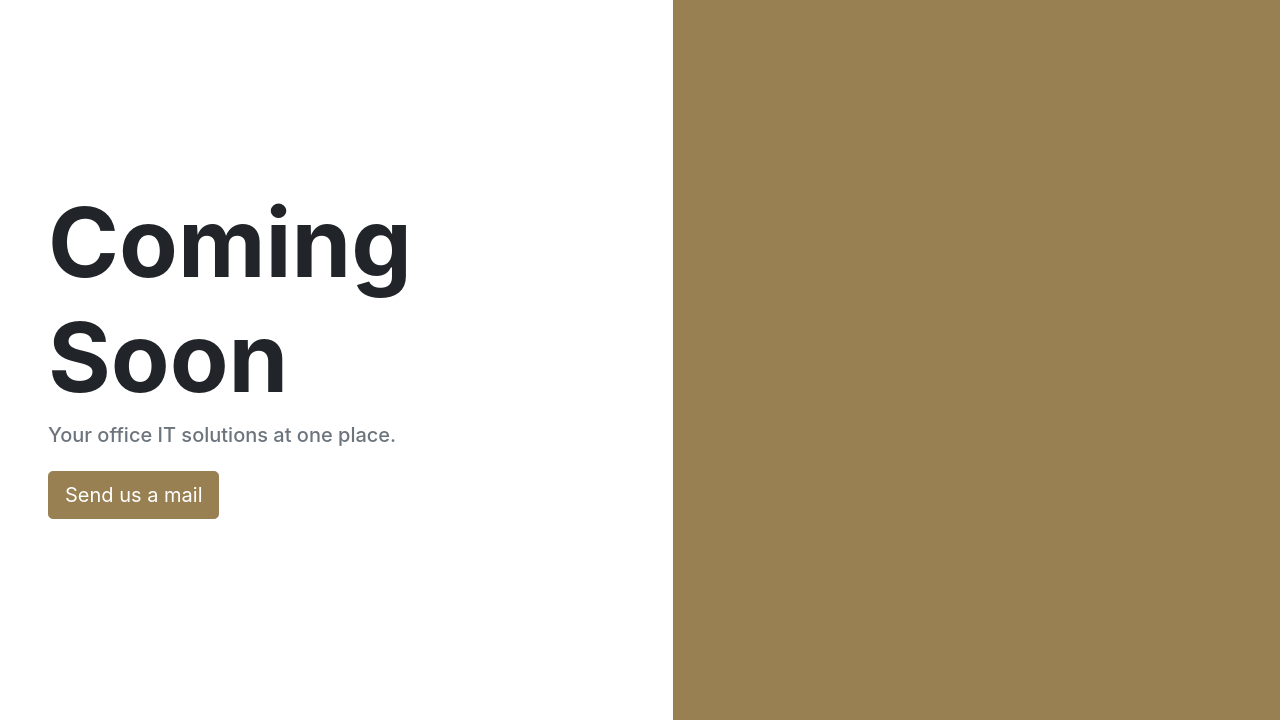
Repository: Thekxgh/website
Page: /
An editor plug-in stored every save of this project. The page is shown before and after the next save, followed by the edit.
The browser window is 1280 px wide. The pictures show the whole page.
The project was rebuilt for these pictures with package versions that can differ from the ones it lists, and the page was loaded fresh each time.

Above is the page before, as saved 2021-07-14 09:40:07.

### src/index.scss
$primary: #998053;
$dark: #050507;
$light-primary-bg: #DDDEE7;
$light-primary: #DDDEE7;
$theme-colors: (
    "primary": $primary,
    "info": $light-primary,
    "danger": teal,
    "dark": $dark
);

@import '~bootstrap/scss/bootstrap.scss';
body {
  margin: 0;
  font-family: -apple-system, BlinkMacSystemFont, 'Segoe UI', 'Roboto', 'Oxygen',
    'Ubuntu', 'Cantarell', 'Fira Sans', 'Droid Sans', 'Helvetica Neue',
    sans-serif;
  -webkit-font-smoothing: antialiased;
  -moz-osx-font-smoothing: grayscale;
}

code {
  font-family: source-code-pro, Menlo, Monaco, Consolas, 'Courier New',
    monospace;
}

### src/App.tsx
import React from 'react';
import { LandingPage } from './presentation/LandingPage';

function App() {
  return (
    <LandingPage />
  );
}

export default App;

### src/presentation/LandingPage.tsx
import { Col, Container, Row } from "react-bootstrap"

export const LandingPage = () => {
    return (
    <Container fluid>
        <Row className="min-vh-100 align-items-center">
            <Col className="p-5">
                <h1 className="display-1 font-weight-bold">Coming Soon</h1>
                <h5 className="text-muted">Your office IT solutions at one place.</h5>
                <a className="btn btn-primary btn-lg my-3" href="mailto:contact@thekxgh.com"> Send us a mail</a>
            </Col>
            <Col className="bg-primary min-vh-100">

            </Col>
        </Row>
    </Container>
    );
}

Loaded but not shown: public/index.html (common file); src/index.tsx (common file)

After the next save:
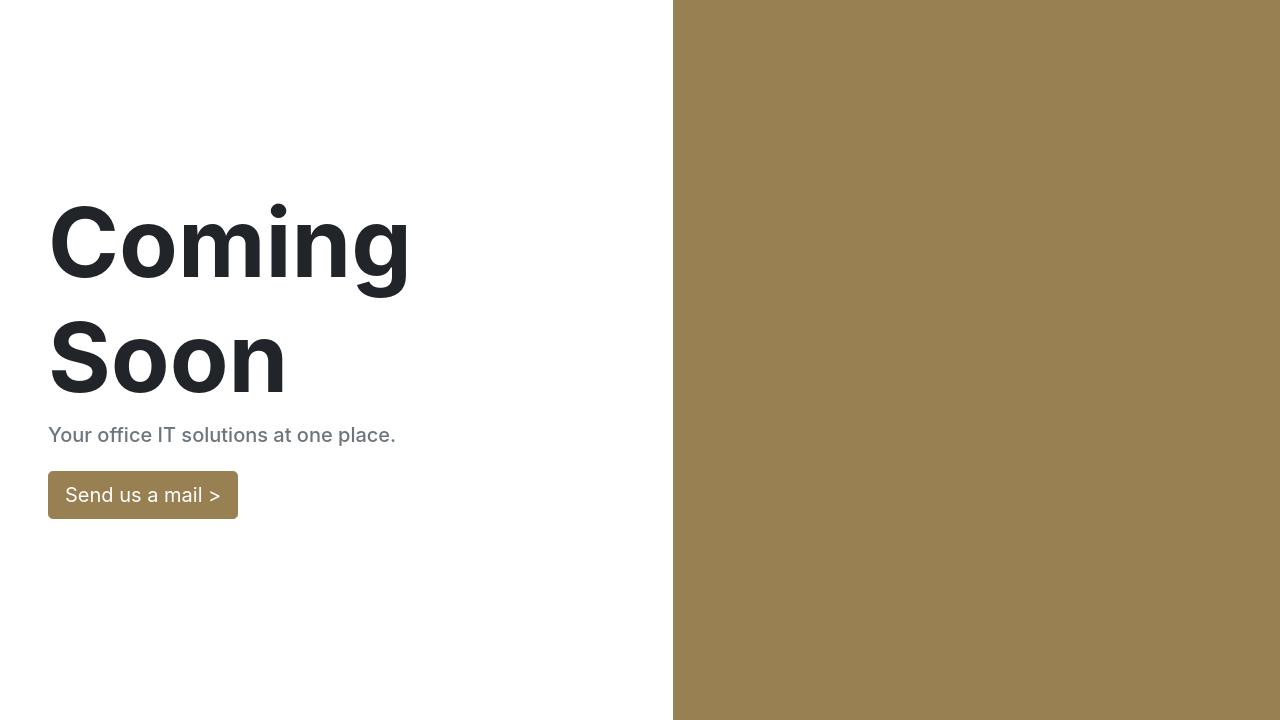
Saved 11 s later.
--- a/src/presentation/LandingPage.tsx
+++ b/src/presentation/LandingPage.tsx
@@ -7,7 +7,7 @@ export const LandingPage = () => {
             <Col className="p-5">
                 <h1 className="display-1 font-weight-bold">Coming Soon</h1>
                 <h5 className="text-muted">Your office IT solutions at one place.</h5>
-                <a className="btn btn-primary btn-lg my-3" href="mailto:contact@thekxgh.com"> Send us a mail</a>
+                <a className="btn btn-primary btn-lg my-3" href="mailto:contact@thekxgh.com"> Send us a mail {'>'} </a>
             </Col>
             <Col className="bg-primary min-vh-100">
 
